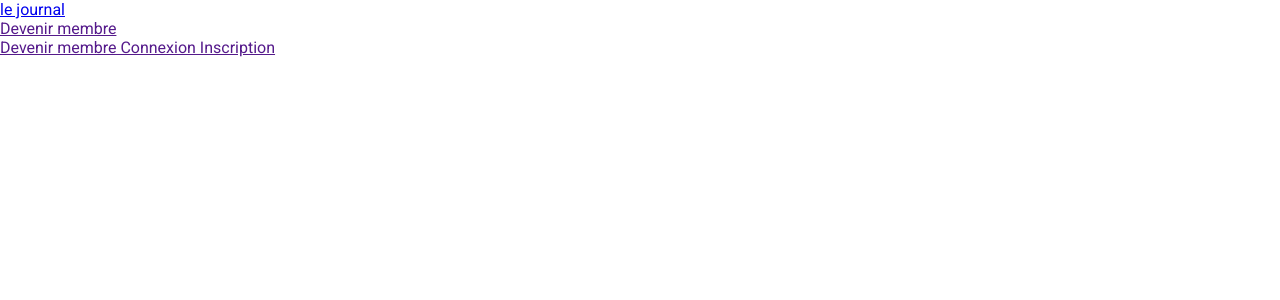
Repository: AmelYahyaoui/journal
Page: index.html
An editor plug-in stored every save of this project. The page is shown before and after a run of saves, followed by the edit.
The browser window is 1280 px wide. The pictures show the whole page.
Some web libraries are served in a nearby version.

Above is the page before, as saved 2024-10-07 13:44:24.

### index.html
<!DOCTYPE html>
<html lang="en">
<head>
  <meta charset="UTF-8">
  <meta name="viewport" content="width=device-width, initial-scale=1.0">
  <link rel="stylesheet" href="./css/style.css">
  <!-- font awesome pour les icons -->
  <script src="https://kit.fontawesome.com/86cd9e8130.js" crossorigin="anonymous"></script>
  <link rel="stylesheet" media="only screen and (max-width:500px)"  href="./css/style.mobile.css">
  <!-- googl fonts(font family on deux:staatliches et roboto) -->
  <link href="https://fonts.googleapis.com/css2?family=Staatliches&display=swap" rel="stylesheet">
  <link href="https://fonts.googleapis.com/css2?family=Roboto:ital,wght@0,100;0,300;0,400;0,500;0,700;0,900;1,100;1,300;1,400;1,500;1,700;1,900&family=Staatliches&display=swap" rel="stylesheet">
  <title>Document</title>
</head>
<body>
  <header>
    <a href="#" class="logo">le journal</a>
    <ul>
      <li><a href="">Devenir membre</a></li>
      <li><a href=""> Devenir membre
        Connexion
        Inscription</a></li>
      <li><a href=""></a></li>
    </ul>
  </header>
</body>
</html>

### css/style.css
/* & reset */
*{
  margin: 0;
  padding: 0;
  box-sizing: border-box;
}
/* ^ general  */
body{
  font-family: "Roboto", sans-serif;

}
h1,h2,h3,h4,h5,h6{
  font-family: "Staatliches", cursive;
}
/* ~ utility */
.container{
  display: block;
  margin: auto;
  max-width: 1100px;
  background-color: red;
}

Loaded but not shown: css/style.mobile.css (no stored copy; drawn as an empty file)

After the next 2 saves:
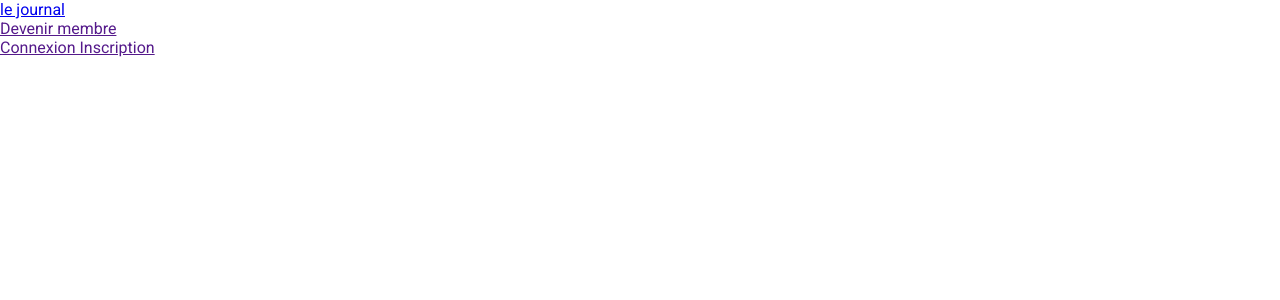
The 2 saves are shown as one change because they came seconds apart.
The last was saved 8 s later.
--- a/index.html
+++ b/index.html
@@ -17,8 +17,7 @@
     <a href="#" class="logo">le journal</a>
     <ul>
       <li><a href="">Devenir membre</a></li>
-      <li><a href=""> Devenir membre
-        Connexion
+      <li><a href=""> Connexion
         Inscription</a></li>
       <li><a href=""></a></li>
     </ul>
